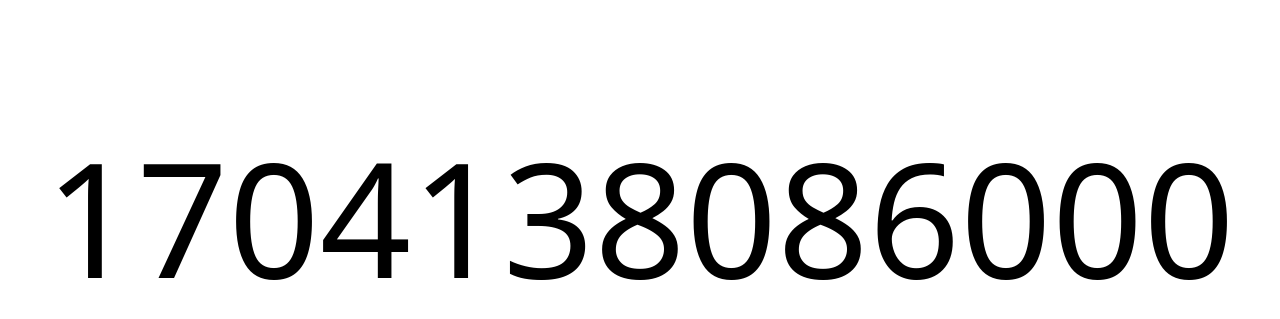
Repository: end888160/end888160.github.io
Page: just_time.html
These files come from the project's save history. The page is drawn as it stood at one moment and after the next save; the edit follows.
The browser window is 1280 px wide. The pictures show the whole page.
Some web fonts or font styles are not loaded; a fallback is used.

Above is the page before, as saved 2024-09-21 22:19:10.

### just_time.html
<!DOCTYPE html>
<html>
<head>
	<link rel="preconnect" href="https://fonts.googleapis.com">
	<link rel="preconnect" href="https://fonts.gstatic.com" crossorigin>
	<link href="https://fonts.googleapis.com/css2?family=Linefont:wdth,wght@200,4..1000&display=swap" rel="stylesheet">
<style>

h1 {
	text-align: center;
	font-size: 1000%;
	font-family: "Linefont", system-ui;
  font-optical-sizing: auto;
  font-weight: 100;
  font-style: normal;
  font-variation-settings:
    "wdth" 200;
}
@media (prefers-color-scheme: light) {
		html {
		background-color: white;
		color: black;
		}
	}
	@media (prefers-color-scheme: dark) {
		html {
		background-color: black;
		color: white;
		}
	}
</style>
</head>
<body>
<h1 id="time"></h1>
<script>
	function clock() {
	document.getElementById("time").innerHTML = new Date().getTime();
	setTimeout(clock, 1);
	}
	clock()
</script>
</body>
</html>

After the next save:
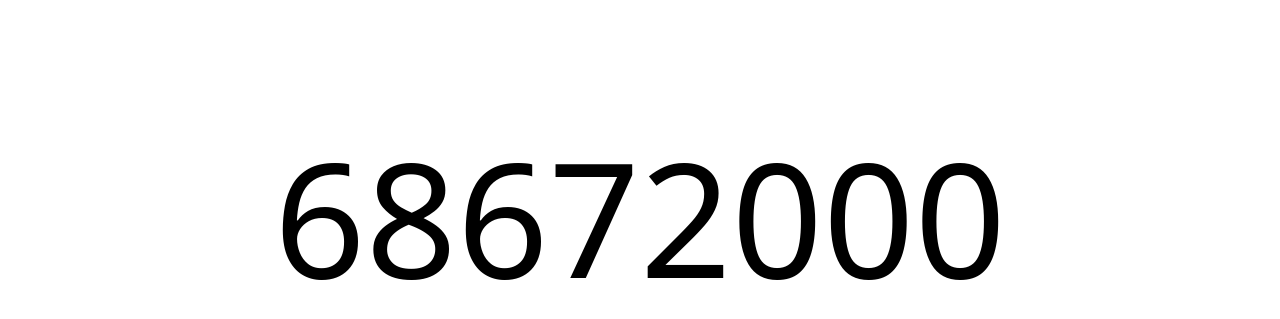
Saved 1 s later.
--- a/just_time.html
+++ b/just_time.html
@@ -24,6 +24,7 @@ h1 {
 	}
 	@media (prefers-color-scheme: dark) {
 		html {
+		font-family: Arial, Helvetica, sans-serif;
 		background-color: black;
 		color: white;
 		}
@@ -34,7 +35,13 @@ h1 {
 <h1 id="time"></h1>
 <script>
 	function clock() {
-	document.getElementById("time").innerHTML = new Date().getTime();
+	var now = new Date();
+	var hours = now.getHours();
+	var minutes = now.getMinutes();
+	var seconds = now.getSeconds();
+	var mseconds = now.getMilliseconds();
+	var seconds_a_day = hours * 3600000 + minutes * 6000 + seconds * 1000 + mseconds;
+	document.getElementById("time").innerHTML = seconds_a_day;
 	setTimeout(clock, 1);
 	}
 	clock()
